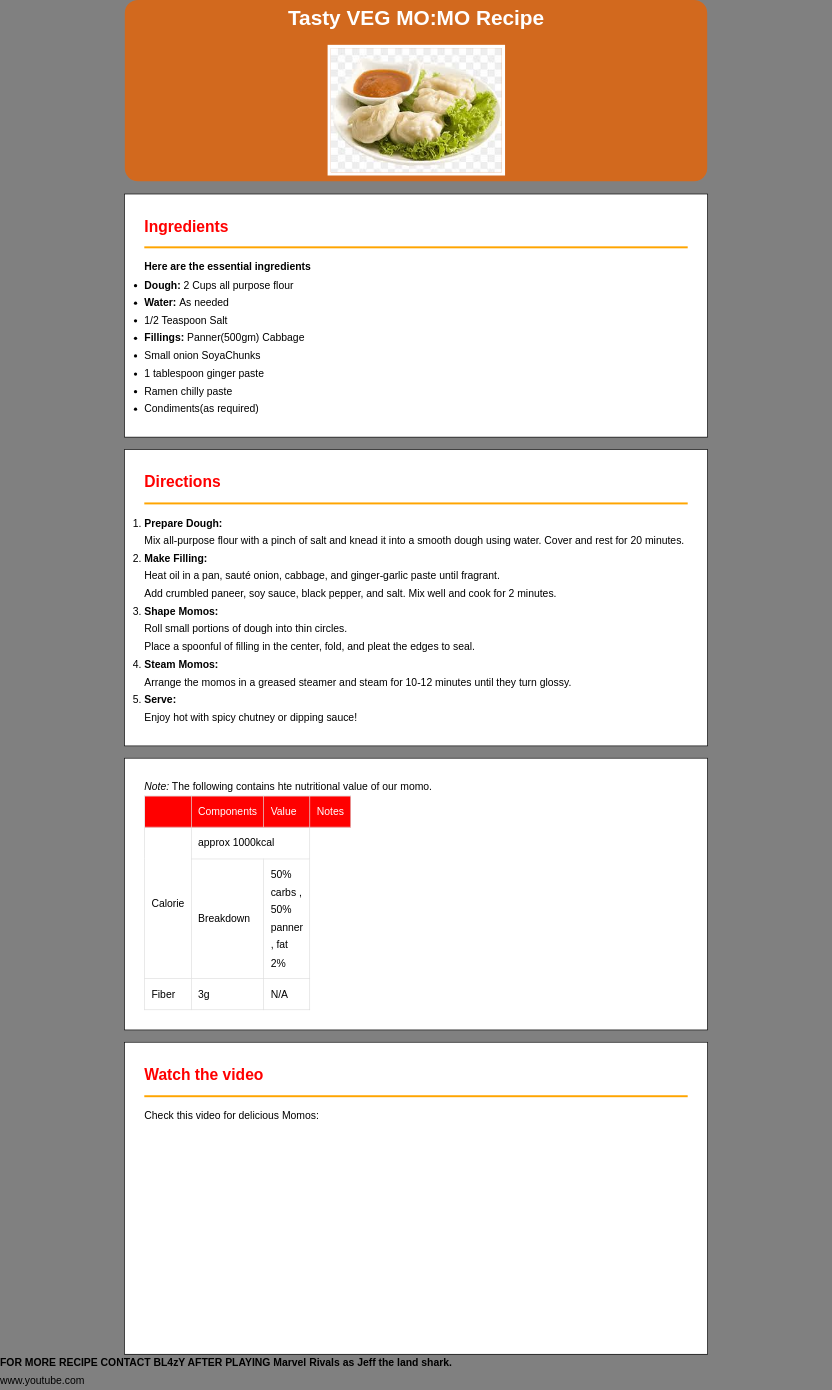
Repository: GigaByte6610/recipe
Page: index.html
An editor plug-in stored every save of this project. The page is shown before and after the next save, followed by the edit.
The browser window is 1280 px wide. The pictures show the whole page, at 65% of full size.
Pictures or frames that could not be fetched are drawn as grey boxes.

Above is the page before, as saved 2025-02-05 04:41:58.

After the next save:
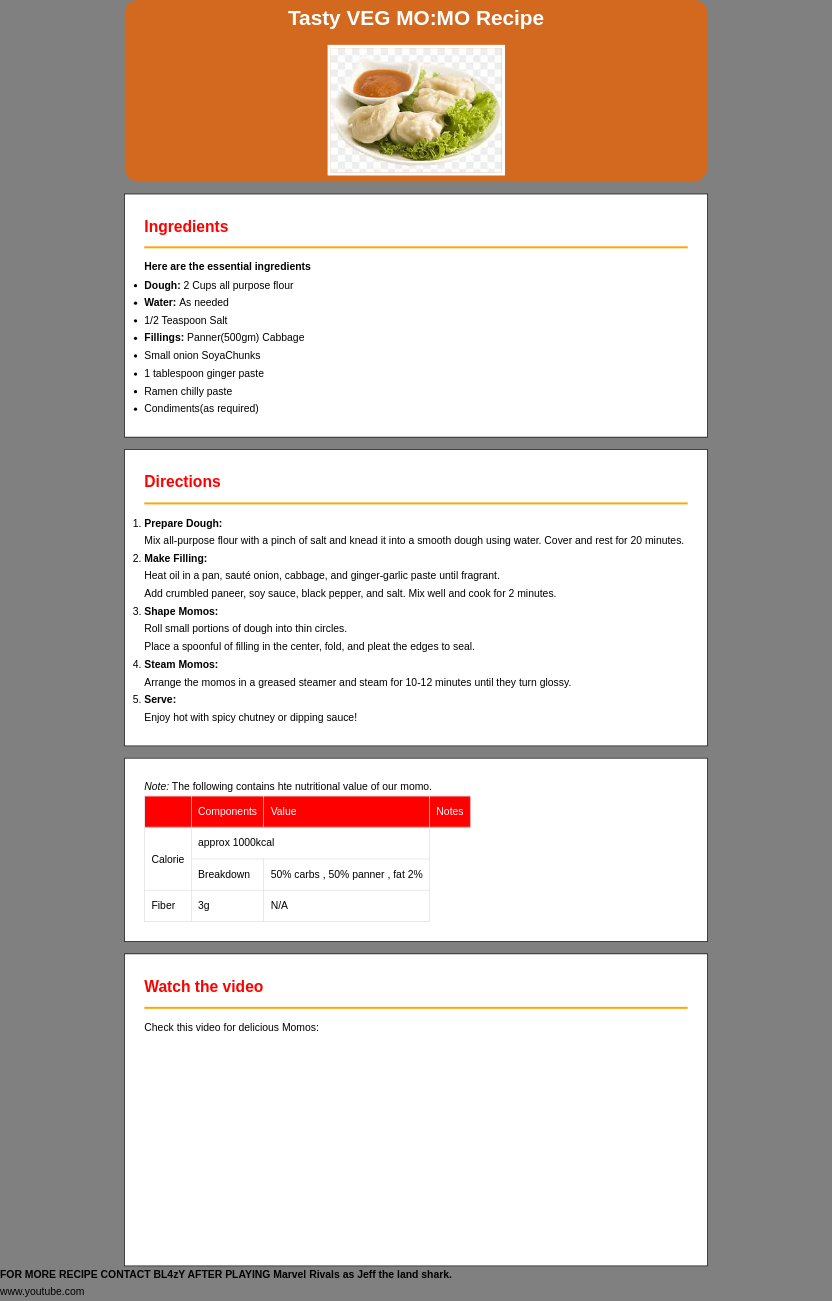
Saved 16 s later.
--- a/style.css
+++ b/style.css
@@ -48,8 +48,8 @@ section h2 {
 }
 
 table {
-    width: 100px;
-    border: 0px;
+    width: 100;
+    border: 0;
     border-collapse: collapse;
 }
 
